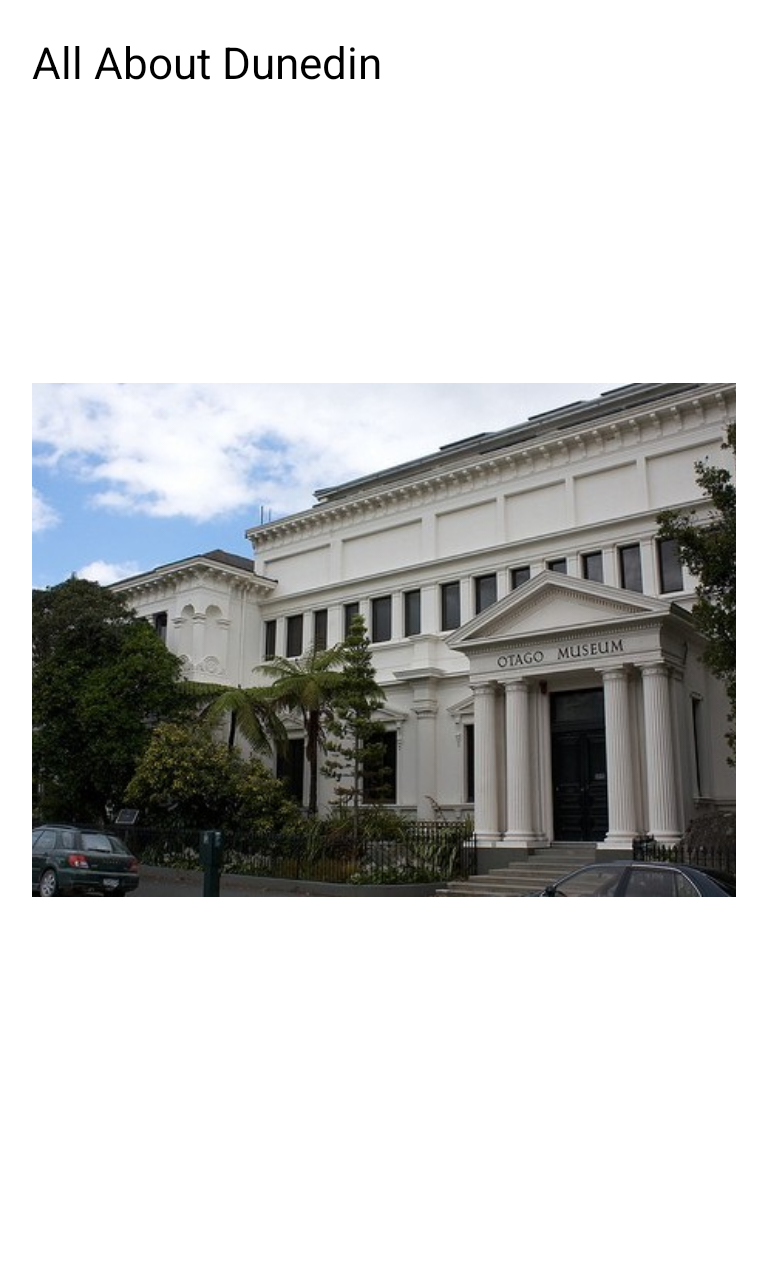
Repository: AlexanderMcNeill/Android
Layout: Eclipse_Android/HierarchicalActivitiesv2/res/layout/activity_child.xml
The author's editor kept a copy of each file at every save. The layout is drawn from the files as they stood at one save, then again after the next save.
It is drawn on a 768 x 1280 px phone screen (xhdpi) without system bars, with theme AppTheme; the app's code is not run. Lists and similar views that code fills are empty.

Above is the layout before, as saved 2015-03-11 07:44:09.

### Eclipse_Android/HierarchicalActivitiesv2/res/layout/activity_child.xml
<android.support.v4.widget.DrawerLayout
    xmlns:android="http://schemas.android.com/apk/res/android"
    xmlns:tools="http://schemas.android.com/tools"
    android:layout_width="match_parent"
    android:layout_height="match_parent"
    android:paddingBottom="@dimen/activity_vertical_margin"
    android:paddingLeft="@dimen/activity_horizontal_margin"
    android:paddingRight="@dimen/activity_horizontal_margin"
    android:paddingTop="@dimen/activity_vertical_margin"
    tools:context="bit.mcnear1.hierarchicalactivities.MainActivity" >

    <TextView
    android:id="@+id/txtTitle"
    android:layout_width="wrap_content"
    android:layout_height="wrap_content"
    android:paddingTop="16dp"
    android:paddingLeft="16dp"
    android:text="All About Dunedin"
    android:textAppearance="?android:attr/textAppearanceLarge" />

	<ListView
	    android:id="@+id/left_drawer"
	    android:layout_width="200dp"
	    android:layout_height="fill_parent"
	    android:layout_gravity="start"
	    android:choiceMode="singleChoice"
	    android:dividerHeight="2dp"/>

	<ImageView
	    android:id="@+id/imageView1"
	    android:layout_width="wrap_content"
	    android:layout_height="wrap_content"
	    android:src="@drawable/activities" />

</android.support.v4.widget.DrawerLayout>

Loaded but not shown: Eclipse_Android/HierarchicalActivitiesv2/res/values/styles.xml (common file); Eclipse_Android/HierarchicalActivitiesv2/res/values-v11/styles.xml (common file); Eclipse_Android/HierarchicalActivitiesv2/res/values-v14/styles.xml (common file); Eclipse_Android/HierarchicalActivitiesv2/res/values/dimens.xml (common file); Eclipse_Android/HierarchicalActivitiesv2/res/values-w820dp/dimens.xml (common file)

After the next save:
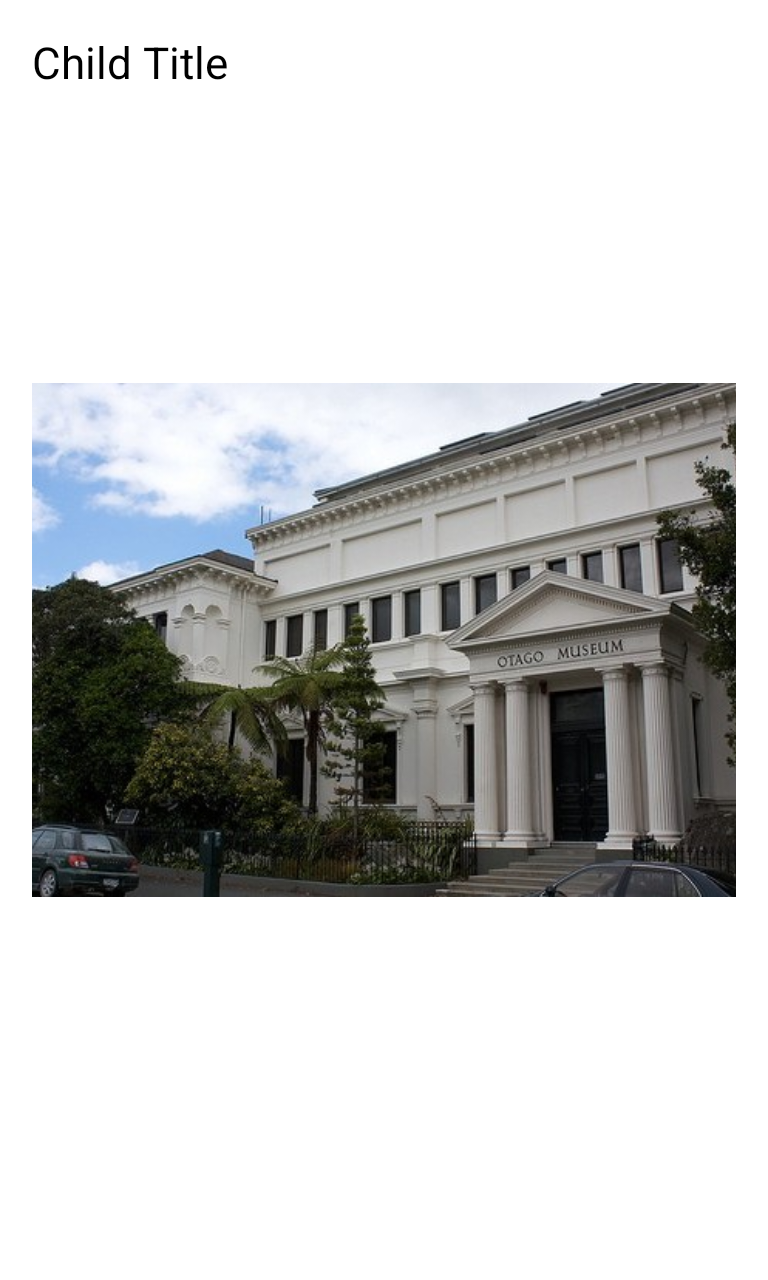
Saved 17 s later.
--- a/Eclipse_Android/HierarchicalActivitiesv2/res/layout/activity_child.xml
+++ b/Eclipse_Android/HierarchicalActivitiesv2/res/layout/activity_child.xml
@@ -15,7 +15,7 @@
     android:layout_height="wrap_content"
     android:paddingTop="16dp"
     android:paddingLeft="16dp"
-    android:text="All About Dunedin"
+    android:text="Child Title"
     android:textAppearance="?android:attr/textAppearanceLarge" />
 
 	<ListView
